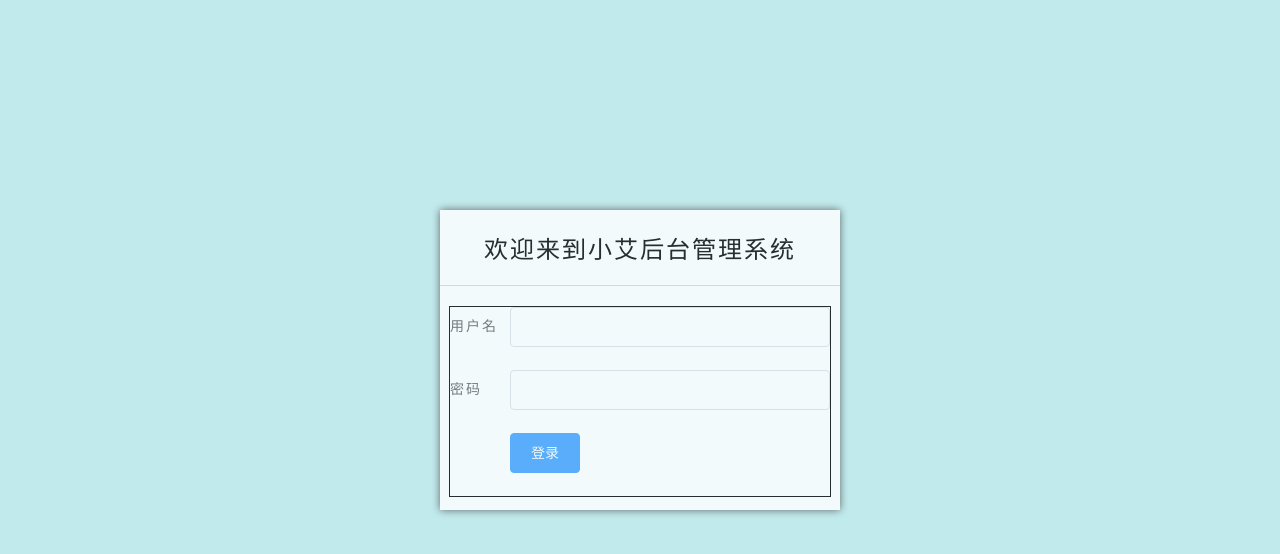
Repository: noob-injoker/router-slots-cw-ee
Page: /Login
The author's editor kept a copy of each file at every save. The page is drawn from the files as they stood at one save, then again after the next save.
The browser window is 1280 px wide. The pictures show the whole page.
The project was rebuilt for these pictures with package versions that can differ from the ones it lists, and the page was loaded fresh each time. Also part of the build but not shown: vue.config.js, src/views/Home.vue, src/views/Layout.vue.

Above is the page before, as saved 2020-08-29 21:09:48.

After the next save:
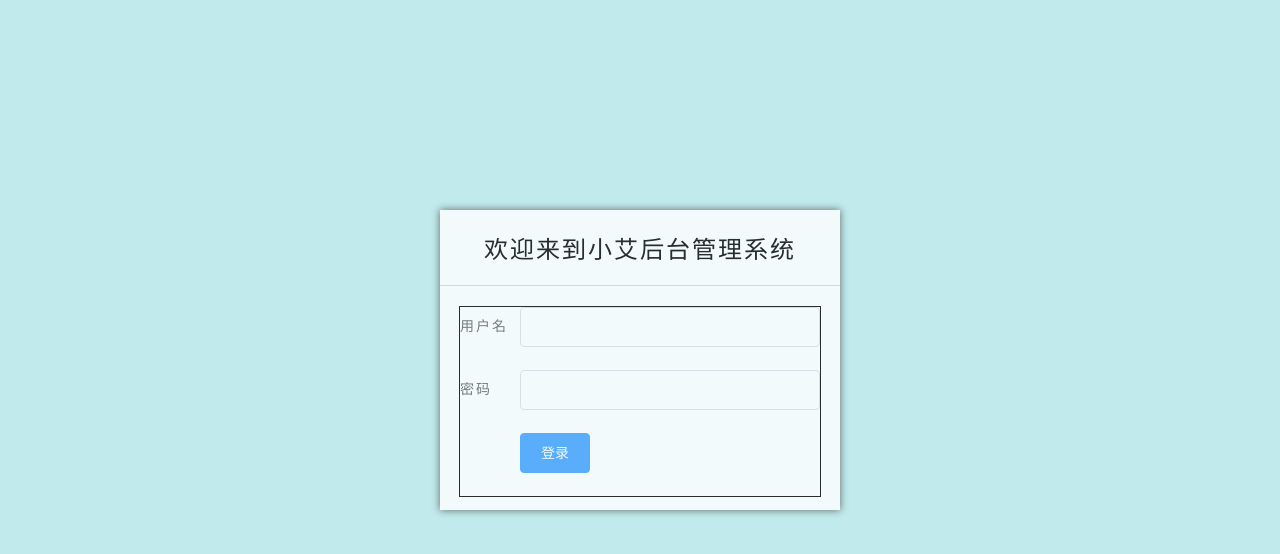
Saved 16 s later.
--- a/src/views/Login.vue
+++ b/src/views/Login.vue
@@ -108,7 +108,7 @@ export default {
 
 <style lang="scss" scoped>
 .form-box{
-  width: 380px;
+  width: 360px;
 }
 .line {
   text-align: left !important;
